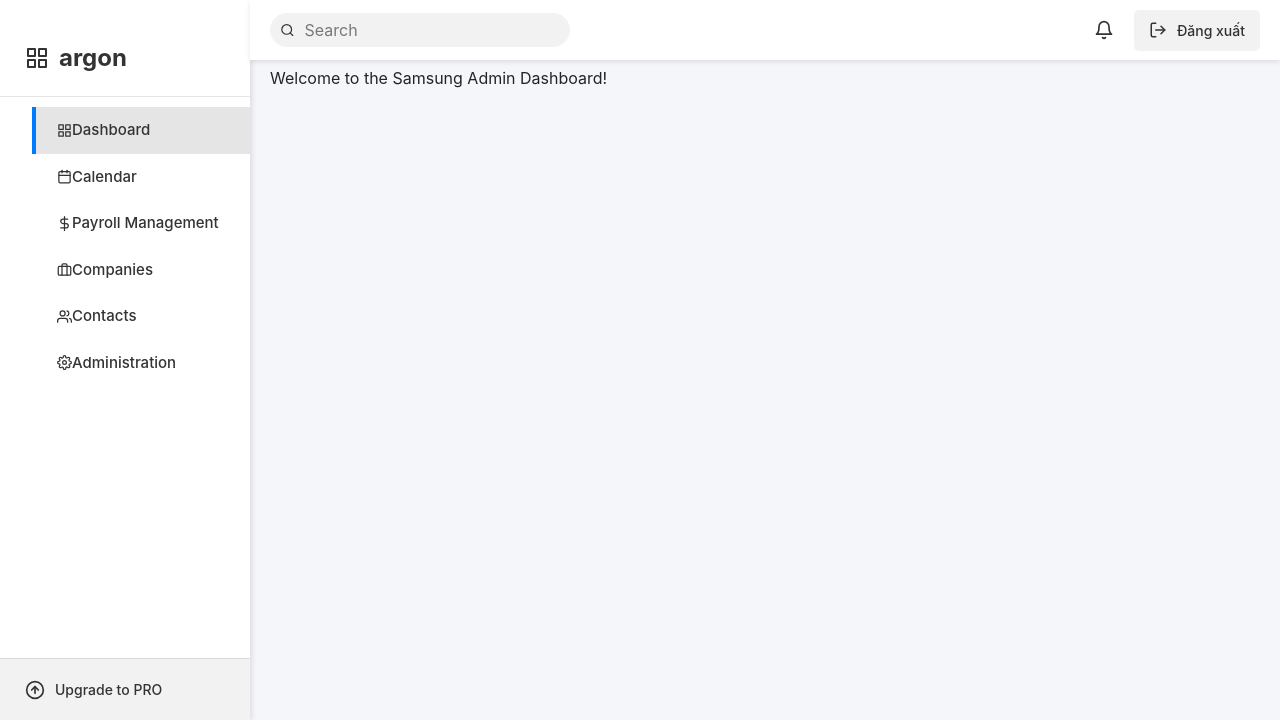
Repository: lenb2109136/HTTTQL
Page: /
The author's editor kept a copy of each file at every save. The page is drawn from the files as they stood at one save, then again after the next save.
The browser window is 1280 px wide. The pictures show the whole page.
The project was rebuilt for these pictures with package versions that can differ from the ones it lists, and the page was loaded fresh each time.

Above is the page before, as saved 2025-03-28 12:23:32.

### src/index.js
import React from 'react';
import ReactDOM from 'react-dom/client';
import './index.css';
import App from './App';
import reportWebVitals from './reportWebVitals';
import 'bootstrap/dist/css/bootstrap.min.css'; // Import Bootstrap CSS
const root = ReactDOM.createRoot(document.getElementById('root'));
root.render(
  <React.StrictMode>
    <App />
  </React.StrictMode>
);

// If you want to start measuring performance in your app, pass a function
// to log results (for example: reportWebVitals(console.log))
// or send to an analytics endpoint. Learn more: https://bit.ly/CRA-vitals
reportWebVitals();

### src/App.js
// src/App.js
import React from 'react';
import { BrowserRouter as Router, Route, Routes } from 'react-router-dom';
import './App.css';
import Header from './component/admin/Header-Admin';
import Sidebar from './component/admin/SideBar';
import Dashboard from './component/admin/Dashboard';

function App() {
  return (
    <Router>
      <div className="app">
        <Sidebar />
        <div className="main-content">
          <Header />
          <Routes>
            <Route path="/" element={<Dashboard />} />
          </Routes>
        </div>
      </div>
    </Router>
  );
}

export default App;

### src/App.css
/* src/App.css */
* {
  margin: 0;
  padding: 0;
  box-sizing: border-box;
  font-family: 'Inter', Arial, sans-serif;
}

.app {
  display: flex;
}

.main-content {
  flex: 1;
  margin-left: 250px;
  background-color: #f5f6fa;
  min-height: 100vh;
}

/* Page Content */
.page-content {
  padding: 20px;
}

### src/component/admin/Header-Admin.js
import React from 'react';
import { FiSearch, FiLogOut, FiBell } from 'react-icons/fi';
import './admin-style/Header-Admin.css'; // Adjusted import to match the provided file location

const Header = () => {
  return (
    <div className="header">
      {/* Thanh tìm kiếm */}
      <div className="search-bar">
        <FiSearch className="search-icon" />
        <input type="text" placeholder="Search" />
      </div>

      {/* Phần bên phải: Biểu tượng thông báo và nút đăng xuất */}
      <div className="header-right">
        <FiBell className="notification-icon" />
        <div className="logout-section">
          <FiLogOut className="logout-icon" />
          <span>Đăng xuất</span>
        </div>
      </div>
    </div>
  );
};

export default Header;

### src/component/admin/SideBar.js
import React from 'react';
import './admin-style/SideBar-Admin.css';
import { Link, useLocation } from 'react-router-dom';
import {
  FiGrid,
  FiCalendar,
  FiDollarSign,
  FiBriefcase,
  FiUsers,
  FiSettings,
  FiArrowUpCircle,
} from 'react-icons/fi';

const Sidebar = () => {
  const location = useLocation();

  return (
    <div className="sidebar">
      <div className="logo">
        <FiGrid /> argon
      </div>
      <ul>
        <li className={location.pathname === '/' ? 'active' : ''}>
          <Link to="/">
            <FiGrid /> Dashboard
          </Link>
        </li>
        <li className={location.pathname === '/calendar' ? 'active' : ''}>
          <Link to="/calendar">
            <FiCalendar /> Calendar
          </Link>
        </li>
        <li
          className={
            location.pathname === '/payroll-management' ? 'active' : ''
          }
        >
          <Link to="/payroll-management">
            <FiDollarSign /> Payroll Management
          </Link>
        </li>
        <li className={location.pathname === '/companies' ? 'active' : ''}>
          <Link to="/companies">
            <FiBriefcase /> Companies
          </Link>
        </li>
        <li className={location.pathname === '/contacts' ? 'active' : ''}>
          <Link to="/contacts">
            <FiUsers /> Contacts
          </Link>
        </li>
        <li className={location.pathname === '/administration' ? 'active' : ''}>
          <Link to="/administration">
            <FiSettings /> Administration
          </Link>
        </li>
      </ul>
      <div className="upgrade-section">
        <FiArrowUpCircle className="upgrade-icon" />
        <span>Upgrade to PRO</span>
      </div>
    </div>
  );
};

export default Sidebar;

### src/component/admin/Dashboard.js
// src/pages/Dashboard.js
import React from 'react';

const Dashboard = () => {
  return (
    <div className="page-content">
      <h2>Dashboard</h2>
      <p>Welcome to the Samsung Admin Dashboard!</p>
    </div>
  );
};

export default Dashboard;

### src/component/admin/admin-style/Header-Admin.css
/* src/components/Header.css */
.header {
  width: calc(100% - 250px); /* Adjust for sidebar width */
  height: 60px;
  background: #fff; /* White background */
  position: fixed;
  top: 0;
  left: 250px; /* Offset for sidebar */
  display: flex;
  justify-content: space-between;
  align-items: center;
  padding: 0 20px;
  box-shadow: 0 2px 5px rgba(0, 0, 0, 0.1); /* Subtle shadow */
}

/* Thanh tìm kiếm */
.search-bar {
  display: flex;
  align-items: center;
  background-color: rgba(0, 0, 0, 0.05); /* Light gray background */
  border-radius: 20px;
  padding: 5px 10px;
  width: 300px;
}

.search-bar input {
  border: none;
  background: none;
  outline: none;
  margin-left: 10px;
  width: 100%;
  color: #333; /* Black text */
}

.search-bar input::placeholder {
  color: rgba(0, 0, 0, 0.5); /* Gray placeholder */
}

.search-icon {
  color: #333; /* Black icon */
}

/* Phần bên phải */
.header-right {
  display: flex;
  align-items: center;
  gap: 20px; /* Space between notification and logout */
}

.notification-icon {
  font-size: 20px;
  color: #333; /* Black icon */
  cursor: pointer;
}

.notification-icon:hover {
  color: #007bff; /* Blue on hover */
}

.logout-section {
  display: flex;
  align-items: center;
  gap: 10px;
  padding: 10px 15px;
  background-color: rgba(0, 0, 0, 0.05); /* Light gray background */
  border-radius: 5px;
  cursor: pointer;
  transition: background-color 0.3s ease;
}

.logout-section:hover {
  background-color: rgba(0, 0, 0, 0.1); /* Slightly darker on hover */
}

.logout-icon {
  font-size: 18px;
  color: #333; /* Black icon */
}

.logout-section span {
  font-size: 14px;
  font-weight: 500;
  color: #333; /* Black text */
}

### src/component/admin/admin-style/SideBar-Admin.css
/* src/components/Sidebar.css */
.sidebar {
  width: 250px;
  height: 100vh;
  background: #fff; /* White background */
  color: #333; /* Dark text color */
  position: fixed;
  top: 0;
  left: 0;
  padding-top: 20px;
  display: flex;
  flex-direction: column;
  justify-content: space-between;
  box-shadow: 2px 0 5px rgba(0, 0, 0, 0.1); /* Subtle shadow for depth */
}

.sidebar .logo {
  font-size: 24px;
  font-weight: 700;
  padding: 20px 25px;
  color: #333;
  display: flex;
  align-items: center;
  gap: 10px;
  border-bottom: 1px solid rgba(0, 0, 0, 0.1); /* Light border */
}

.sidebar .logo i {
  font-size: 28px;
  color: #333;
}

.sidebar ul {
  list-style: none;
  margin-top: 10px;
  flex-grow: 1;
}

.sidebar ul li {
  padding: 12px 25px;
  display: flex;
  align-items: center;
  cursor: pointer;
  transition: background-color 0.3s ease, padding-left 0.3s ease;
  position: relative; /* For badge positioning */
}

.sidebar ul li:hover {
  background-color: rgba(0, 0, 0, 0.05); /* Light gray hover effect */
  padding-left: 30px;
}

.sidebar ul li.active {
  background-color: rgba(0, 0, 0, 0.1); /* Slightly darker for active state */
  border-left: 4px solid #007bff; /* Blue accent for active item */
  padding-left: 21px;
}

.sidebar ul li a {
  color: #333; /* Black text */
  text-decoration: none;
  display: flex;
  align-items: center;
  font-size: 15px;
  font-weight: 500;
}

.sidebar ul li a i {
  margin-right: 12px;
  font-size: 18px;
  color: #333; /* Black icons */
}

/* Notification Badge */
.sidebar ul li .badge {
  position: absolute;
  right: 25px;
  background-color: #ff4d4f; /* Red badge */
  color: #fff;
  font-size: 12px;
  font-weight: 600;
  width: 20px;
  height: 20px;
  border-radius: 50%;
  display: flex;
  align-items: center;
  justify-content: center;
}

/* Upgrade Section */
.upgrade-section {
  padding: 20px 25px;
  display: flex;
  align-items: center;
  gap: 10px;
  background-color: rgba(0, 0, 0, 0.05); /* Light gray background */
  border-top: 1px solid rgba(0, 0, 0, 0.1);
  cursor: pointer;
}

.upgrade-section:hover {
  background-color: rgba(0, 0, 0, 0.1);
}

.upgrade-icon {
  font-size: 20px;
  color: #333;
}

.upgrade-section span {
  font-size: 14px;
  font-weight: 500;
  color: #333;
}

Loaded but not shown: public/index.html (common file); src/index.css (common file); src/reportWebVitals.js (common file)

After the next save:
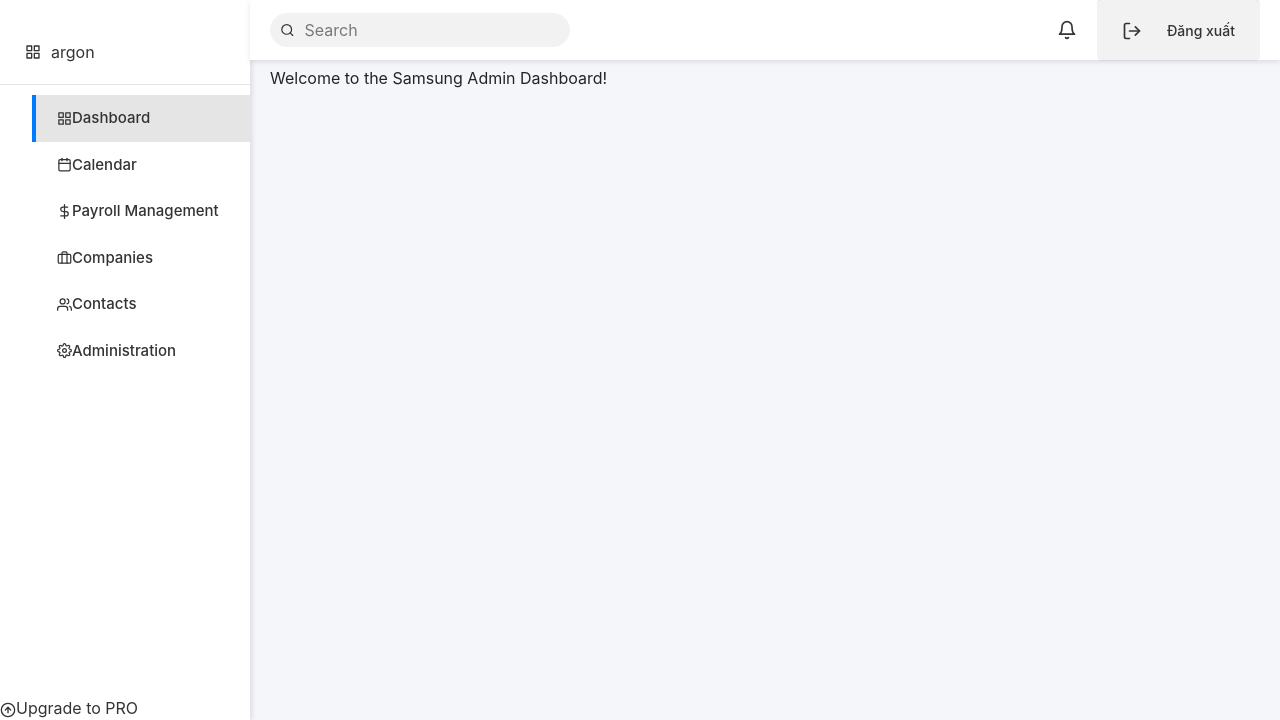
Saved 90 s later.
--- a/src/component/admin/admin-style/SideBar-Admin.css
+++ b/src/component/admin/admin-style/SideBar-Admin.css
@@ -15,18 +15,22 @@
 }
 
 .sidebar .logo {
-  font-size: 24px;
-  font-weight: 700;
-  padding: 20px 25px;
-  color: #333;
   display: flex;
   align-items: center;
   gap: 10px;
+  padding: 20px 25px;
   border-bottom: 1px solid rgba(0, 0, 0, 0.1); /* Light border */
 }
 
-.sidebar .logo i {
-  font-size: 28px;
+.sidebar .logo-icon {
+  width: 40px;
+  height: 40px;
+  object-fit: contain; /* Ensure the logo scales properly */
+}
+
+.sidebar .logo span {
+  font-size: 20px;
+  font-weight: 700;
   color: #333;
 }
 
@@ -63,12 +67,18 @@
   align-items: center;
   font-size: 15px;
   font-weight: 500;
+  width: 100%; /* Ensure the link takes full width */
 }
 
-.sidebar ul li a i {
-  margin-right: 12px;
-  font-size: 18px;
+.sidebar ul li a .menu-icon {
+  font-size: 20px; /* Slightly larger icons */
   color: #333; /* Black icons */
+  margin-right: 15px; /* Increased spacing between icon and text */
+  transition: color 0.3s ease; /* Smooth color transition on hover */
+}
+
+.sidebar ul li a:hover .menu-icon {
+  color: #007bff; /* Blue on hover */
 }
 
 /* Notification Badge */
@@ -87,8 +97,8 @@
   justify-content: center;
 }
 
-/* Upgrade Section */
-.upgrade-section {
+/* Logout Section */
+.logout-section {
   padding: 20px 25px;
   display: flex;
   align-items: center;
@@ -96,18 +106,25 @@
   background-color: rgba(0, 0, 0, 0.05); /* Light gray background */
   border-top: 1px solid rgba(0, 0, 0, 0.1);
   cursor: pointer;
+  transition: background-color 0.3s ease;
 }
 
-.upgrade-section:hover {
+.logout-section:hover {
   background-color: rgba(0, 0, 0, 0.1);
 }
 
-.upgrade-icon {
-  font-size: 20px;
-  color: #333;
+.logout-icon {
+  font-size: 20px; /* Match menu icon size */
+  color: #333; /* Black icon */
+  margin-right: 15px; /* Increased spacing between icon and text */
+  transition: color 0.3s ease; /* Smooth color transition on hover */
 }
 
-.upgrade-section span {
+.logout-section:hover .logout-icon {
+  color: #007bff; /* Blue on hover */
+}
+
+.logout-section span {
   font-size: 14px;
   font-weight: 500;
   color: #333;
